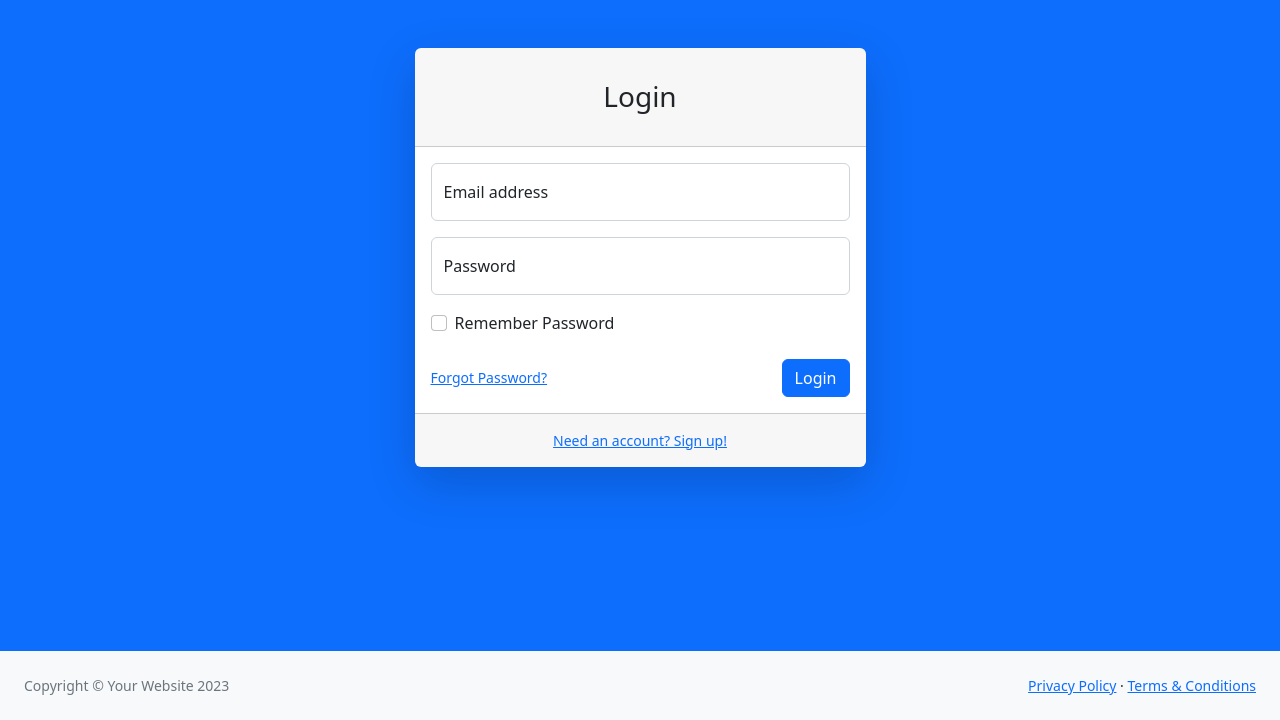
Repository: AHSANS354/MSIB5-Mini-Project
Page: http://localhost/admin/login.php
These files come from the project's save history. The page is drawn as it stood at one moment and after the next save; the edit follows.
The browser window is 1280 px wide. The pictures show the whole page.
Some web libraries are served in a nearby version. The page is run by PHP 8.4 with error messages shown; the project is at /var/www/html/.

Above is the page before, as saved 2023-10-04 23:19:40.

### admin/login.php
<!DOCTYPE html>
<html lang="en">
    <head>
        <meta charset="utf-8" />
        <meta http-equiv="X-UA-Compatible" content="IE=edge" />
        <meta name="viewport" content="width=device-width, initial-scale=1, shrink-to-fit=no" />
        <meta name="description" content="" />
        <meta name="author" content="" />
        <title>Login - SB Admin</title>
        <link href="css/styles.css" rel="stylesheet" />
        <script src="https://use.fontawesome.com/releases/v6.3.0/js/all.js" crossorigin="anonymous"></script>
    </head>
    <body class="bg-primary">
        <div id="layoutAuthentication">
            <div id="layoutAuthentication_content">
                <main>
                    <div class="container">
                        <div class="row justify-content-center">
                            <div class="col-lg-5">
                                <div class="card shadow-lg border-0 rounded-lg mt-5">
                                    <div class="card-header"><h3 class="text-center font-weight-light my-4">Login</h3></div>
                                    <div class="card-body">
                                        <form>
                                            <div class="form-floating mb-3">
                                                <input class="form-control" id="inputEmail" type="email" placeholder="name@example.com" />
                                                <label for="inputEmail">Email address</label>
                                            </div>
                                            <div class="form-floating mb-3">
                                                <input class="form-control" id="inputPassword" type="password" placeholder="Password" />
                                                <label for="inputPassword">Password</label>
                                            </div>
                                            <div class="form-check mb-3">
                                                <input class="form-check-input" id="inputRememberPassword" type="checkbox" value="" />
                                                <label class="form-check-label" for="inputRememberPassword">Remember Password</label>
                                            </div>
                                            <div class="d-flex align-items-center justify-content-between mt-4 mb-0">
                                                <a class="small" href="password.html">Forgot Password?</a>
                                                <a class="btn btn-primary" href="index.html">Login</a>
                                            </div>
                                        </form>
                                    </div>
                                    <div class="card-footer text-center py-3">
                                        <div class="small"><a href="register.html">Need an account? Sign up!</a></div>
                                    </div>
                                </div>
                            </div>
                        </div>
                    </div>
                </main>
            </div>
            <div id="layoutAuthentication_footer">
                <footer class="py-4 bg-light mt-auto">
                    <div class="container-fluid px-4">
                        <div class="d-flex align-items-center justify-content-between small">
                            <div class="text-muted">Copyright &copy; Your Website 2023</div>
                            <div>
                                <a href="#">Privacy Policy</a>
                                &middot;
                                <a href="#">Terms &amp; Conditions</a>
                            </div>
                        </div>
                    </div>
                </footer>
            </div>
        </div>
        <script src="https://cdn.jsdelivr.net/npm/bootstrap@5.2.3/dist/js/bootstrap.bundle.min.js" crossorigin="anonymous"></script>
        <script src="js/scripts.js"></script>
    </body>
</html>

### admin/js/scripts.js
/*!
    * Start Bootstrap - SB Admin v7.0.7 (https://startbootstrap.com/template/sb-admin)
    * Copyright 2013-2023 Start Bootstrap
    * Licensed under MIT (https://github.com/StartBootstrap/startbootstrap-sb-admin/blob/master/LICENSE)
    */
    //
// Scripts
//

window.addEventListener('DOMContentLoaded', event => {

    // Toggle the side navigation
    const sidebarToggle = document.body.querySelector('#sidebarToggle');
    if (sidebarToggle) {
        // Uncomment Below to persist sidebar toggle between refreshes
        // if (localStorage.getItem('sb|sidebar-toggle') === 'true') {
        //     document.body.classList.toggle('sb-sidenav-toggled');
        // }
        sidebarToggle.addEventListener('click', event => {
            event.preventDefault();
            document.body.classList.toggle('sb-sidenav-toggled');
            localStorage.setItem('sb|sidebar-toggle', document.body.classList.contains('sb-sidenav-toggled'));
        });
    }

});

Loaded but not shown: admin/css/styles.css (library)

After the next save:
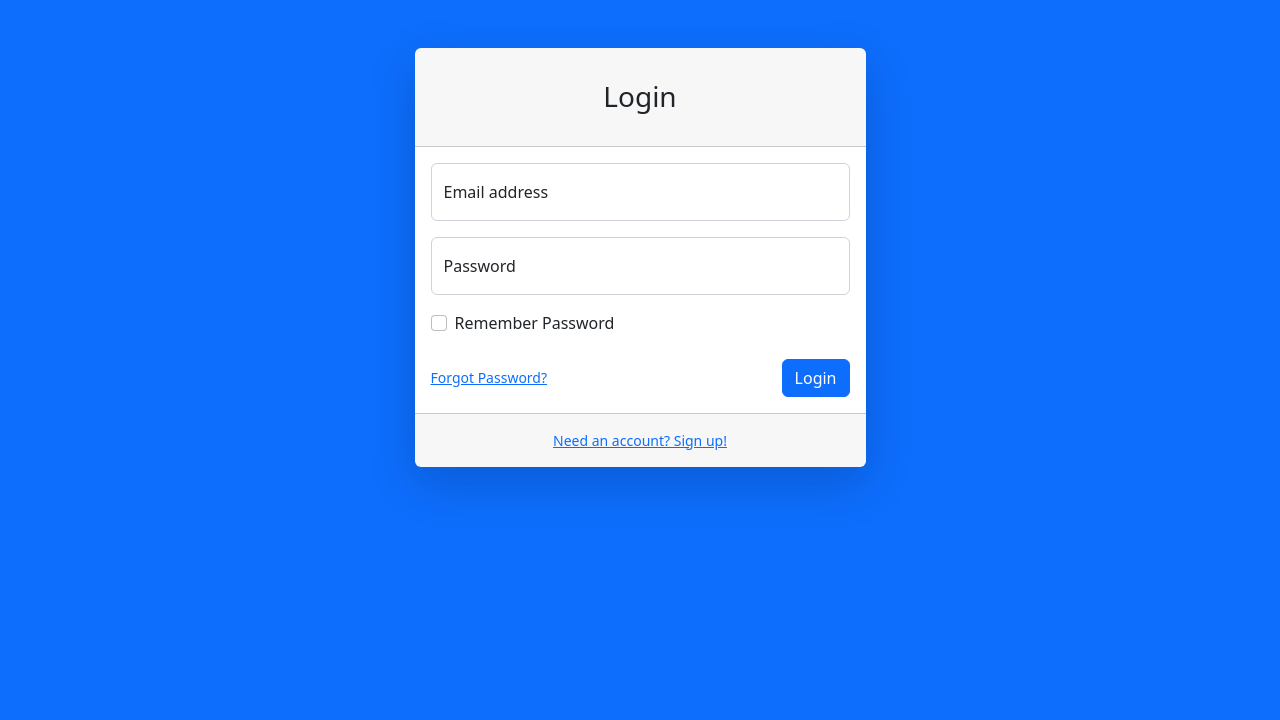
Saved 29 s later.
--- a/admin/login.php
+++ b/admin/login.php
@@ -48,20 +48,6 @@
                     </div>
                 </main>
             </div>
-            <div id="layoutAuthentication_footer">
-                <footer class="py-4 bg-light mt-auto">
-                    <div class="container-fluid px-4">
-                        <div class="d-flex align-items-center justify-content-between small">
-                            <div class="text-muted">Copyright &copy; Your Website 2023</div>
-                            <div>
-                                <a href="#">Privacy Policy</a>
-                                &middot;
-                                <a href="#">Terms &amp; Conditions</a>
-                            </div>
-                        </div>
-                    </div>
-                </footer>
-            </div>
         </div>
         <script src="https://cdn.jsdelivr.net/npm/bootstrap@5.2.3/dist/js/bootstrap.bundle.min.js" crossorigin="anonymous"></script>
         <script src="js/scripts.js"></script>
